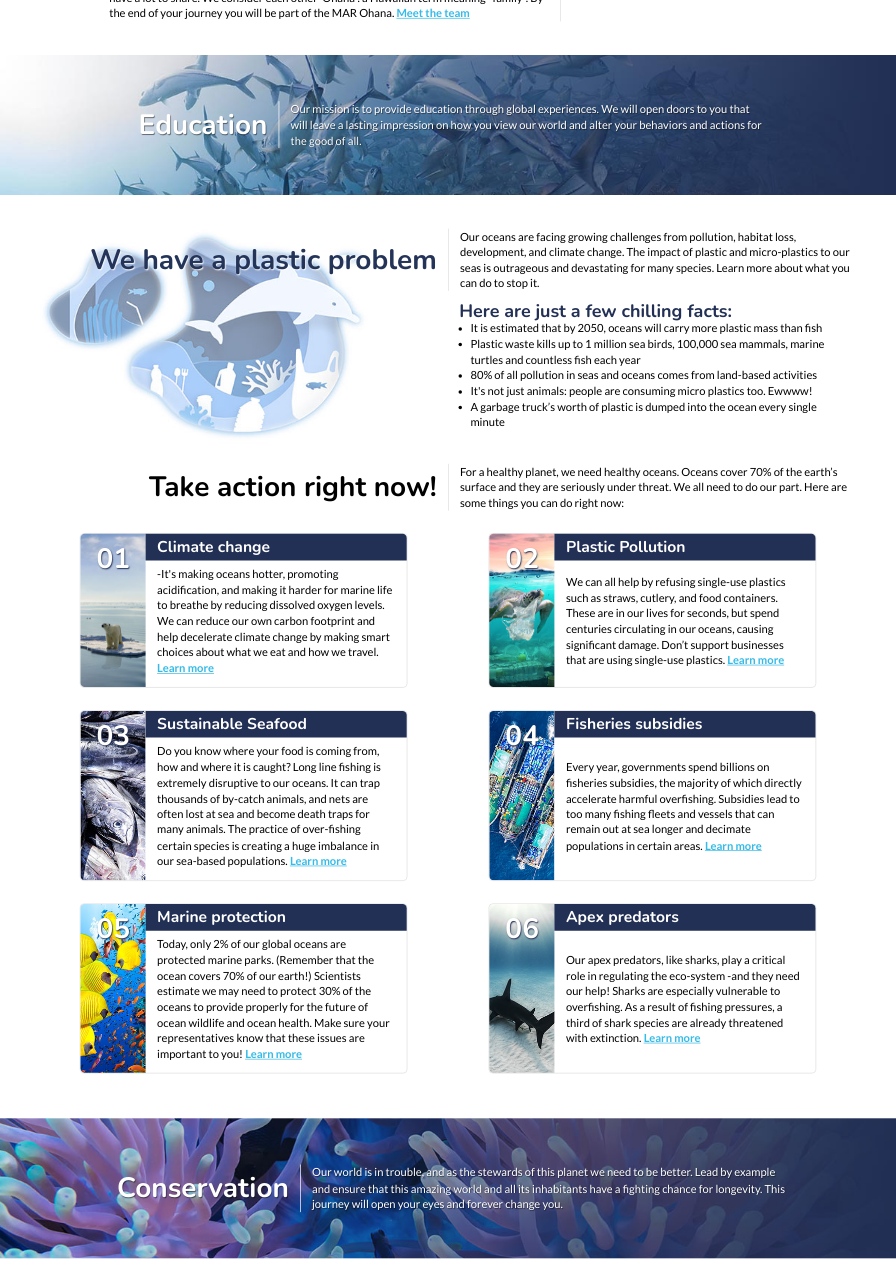
Repository: mariocapitbrok/css-combining-grid-and-flexbox-ch04
Page: 04_12/04_12_start.html
The author's editor kept a copy of each file at every save. The page is drawn from the files as they stood at one save, then again after the next save.
The browser window is 1280 px wide. The pictures show the part of the page from y = 2421 to 4341 px (the page is 4251 px tall before and 4341 px after), at 70% of full size.

Above is the page before, as saved 2022-10-10 20:56:22.

After the next save:
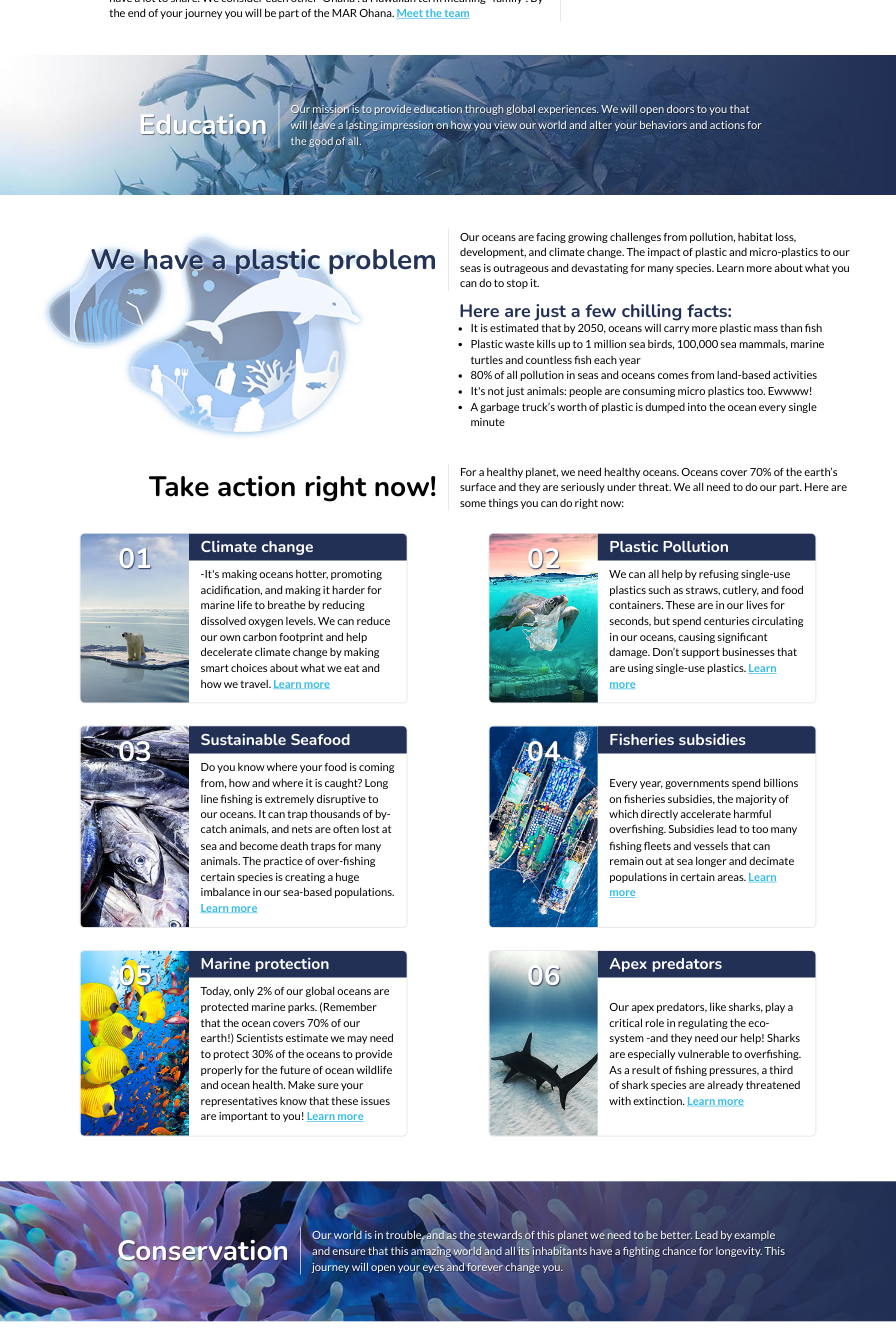
Saved 14 s later.
--- a/04_12/styles/base.css
+++ b/04_12/styles/base.css
@@ -761,6 +761,7 @@ section.problem {
 
   .action ul li {
     flex-basis: 40%;
+    grid-template-columns: 2fr 4fr;
   }
 
 }
